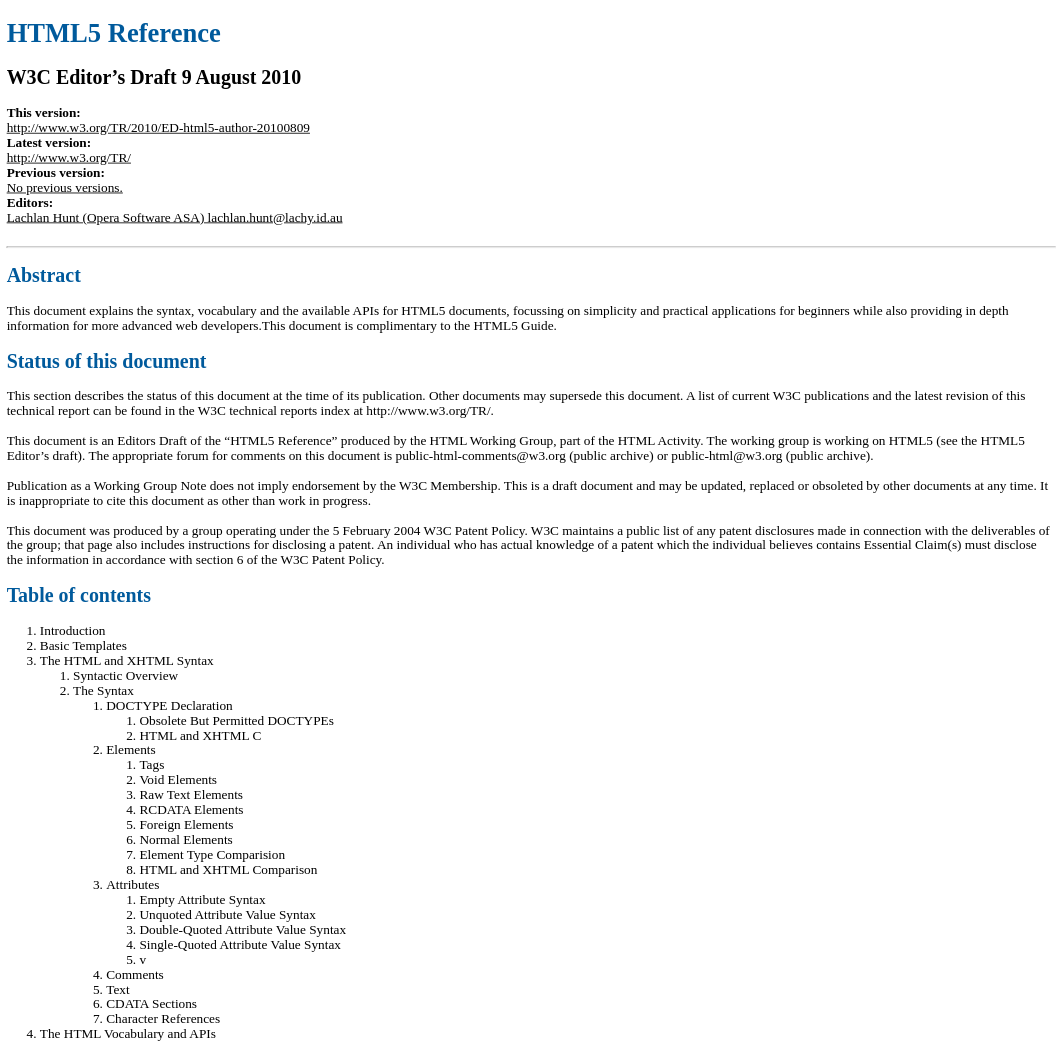
Repository: sungken/htmlProject
Page: ClientTest/src/main/webapp/html/test/list.html
The author's editor kept a copy of each file at every save. The page is drawn from the files as they stood at one save, then again after the next save.
The browser window is 1280 px wide. The pictures show the whole page, at 83% of full size.

Above is the page before, as saved 2024-03-13 02:40:52.

After the next save:
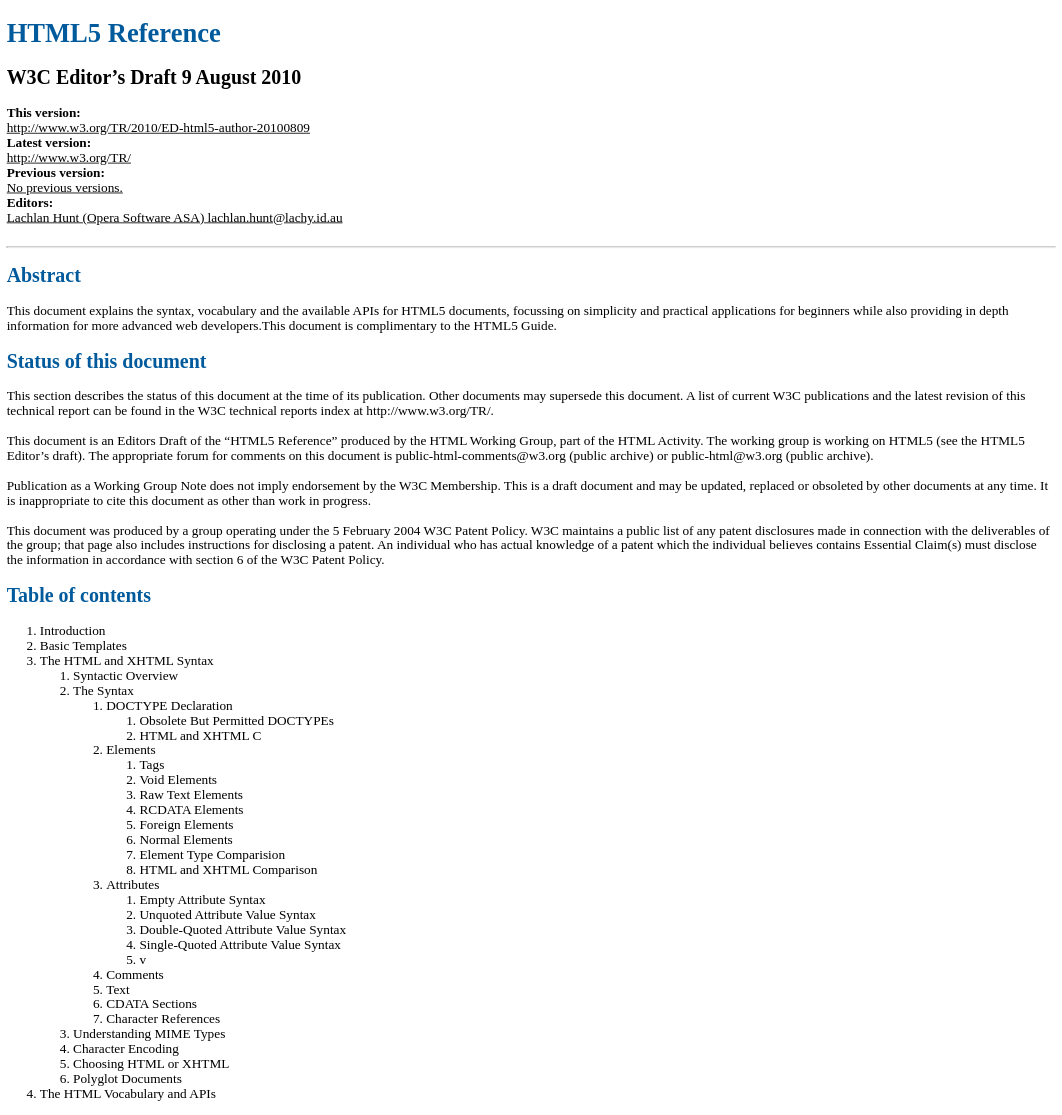
Saved 84 s later.
--- a/ClientTest/src/main/webapp/html/test/list.html
+++ b/ClientTest/src/main/webapp/html/test/list.html
@@ -67,6 +67,10 @@
 					<li>CDATA Sections</li>
 					<li>Character References</li>
 				</ol>
+			<li>Understanding MIME Types</li>
+			<li>Character Encoding</li>
+			<li>Choosing HTML or XHTML</li>
+			<li>Polyglot Documents</li>
 		</ol>
 	<li>The HTML Vocabulary and APIs</li>
 </ol>
